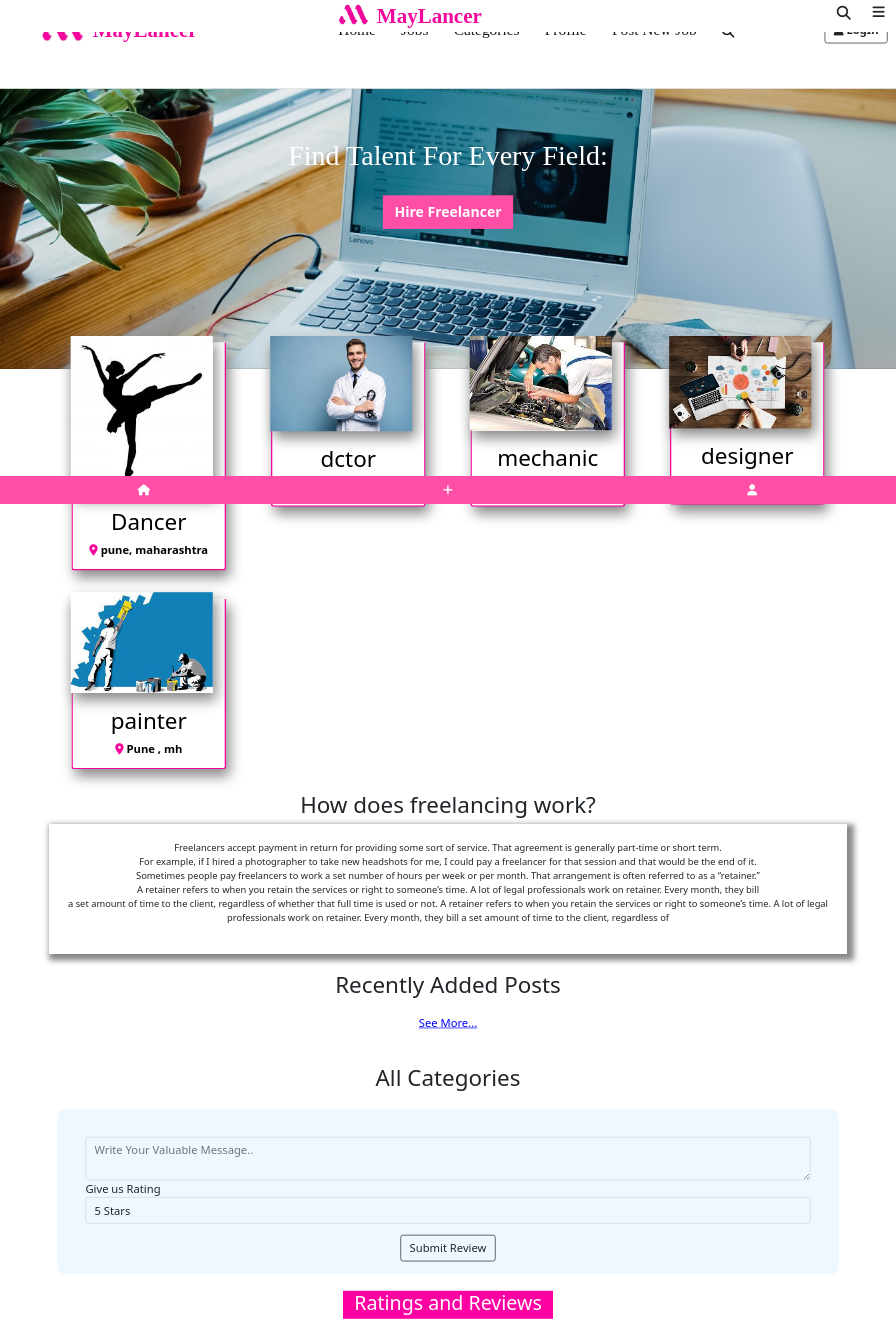
Repository: prathmesh2023/maylancers
Page: http://localhost/
The author's editor kept a copy of each file at every save. The page is drawn from the files as they stood at one save, then again after the next save.
The browser window is 1280 px wide. The pictures show the part of the page from y = 0 to 1920 px (the page is 2599 px tall), at 70% of full size.
Some web fonts or font styles are not loaded; a fallback is used. Some web libraries are served in a nearby version. The page is served by the project's application, run on Django 3.2 (manage.py). Other server files are loaded and not shown. The page reads the database file committed with the project. Queries for data that is not in the repository find no rows.

Above is the page before, as saved 2022-02-18 22:59:27.

### templates/home.html
 {% extends "base.html" %} {% block title %} MayLancers {% endblock title %} {% load static %} {% block main %}
<div class="bgc" style=" background-image: url(' {% static 'img/bgi.jpg' %} ');">

    <div class="searchbox container py-5">

        <h2 class="py-4 text-white text-center h1 jone">Find Talent For Every Field:</h2>

        <!--<form action="/search" method="post" class="form">
            {% csrf_token %}
            <div class="input-group">

                <input required name="text" type="text" class="form-control" aria-label="Text input with dropdown button" placeholder="">
                <div class="input-group-append">
                    <button class="btn primary-bg bt text-white " type="submit"><span class="fa fa-search"> </span> Search</button>

                </div>
            </div>
        </form>-->

        <div class="container text-center">
            <a href="/jobs">
            <button class="btn btn-lg primary-bg text-white rounded-0" ><b>Hire Freelancer</b></button>
            </a>
        </div>

        <div class="container text-center text-white my-4 rounded-0 pj">
            {% comment %} <a href="post_job"><button class="btn primary-bg btn-lg"><span class="fa fa-edit" style=> </span> Post Job</button></a> {% endcomment %}



        </div>


    </div>


</div>
</div>



<!-- cards -->
<!-- <div class="container card_main ">
    <div class="row ">
        <div class="col-md-3 justify-content-center">

            <div class="card  m-0 p-0" style="border: solid 2px #f5069d ; border-top-right-radius: 0px; border-top-left-radius: 0px; border-top: none ;">
                <div class="card-body ">
                    <img src="{% static 'img/card/Painter.jpg' %} " class="img border-0 p-0">
                    <h2 style="margin-top:20px;">
                        Painter
                    </h2>
                    <p class="card-text"><b>Find Painters nearby you</b></p>
                    <a href="#" class="btn sub">  Find </a>
                </div>
            </div>

        </div>


        <div class="col-md-3">

            <div class="card  m-0 p-0" style="border: solid 2px #f5069d ; border-top-right-radius: 0px; border-top-left-radius: 0px; border-top: none ;">
                <div class="card-body ">
                    <img src="{% static 'img/card/mechanic.jpg' %} " class="img border-0 p-0">
                    <h2 style="margin-top:20px;">
                        Mechanic
                    </h2>
                    <p class="card-text"><b>Find Mechanics nearby you</b></p>
                    <a href="#" class="btn sub"> Find </a>
                </div>
            </div>

        </div>



        <div class="col-md-3">

            <div class="card  m-0 p-0" style="border: solid 2px #f5069d ; border-top-right-radius: 0px; border-top-left-radius: 0px; border-top: none ;">
                <div class="card-body ">
                    <img src="{% static 'img/card/designer1.jpg' %} " class="img border-0 p-0">
                    <h2 style="margin-top:20px;">
                        Designer
                    </h2>
                    <p class="card-text"><b>Find Designer nearby you</b></p>
                    <a href="#" class="btn sub"> Find </a>
                </div>
            </div>

        </div>


        <div class="col-md-3">

            <div class="card  m-0 p-0" style="border: solid 2px #f5069d ; border-top-right-radius: 0px; border-top-left-radius: 0px; border-top: none ;">
                <div class="card-body ">
                    <img src="{% static 'img/card/doctor.jpg' %}" class="img border-0 p-0">
                    <h2 style="margin-top:20px;">
                        Doctor
                    </h2>
                    <p class="card-text"><b>Find Doctors nearby you</b></p>
                    <a href="#" class="btn sub"> Find </a>
                </div>
            </div>

        </div>
    </div>
</div> -->

<!--

<div class="container-fluid card-main "style=" background: white;">
 <div class="row">


    <div class="col-md-3 text-center  boxed text-white" style="background-color: #ff3001c7; ">
       <a href="/jobs"> <h4 class="h4 my-2"> Hire Freelancer <span class="mx-3 fa fa-arrow-right fa-sm"> </span></h4></a>

    </div>

    <div class="col-md-3 text-center  boxed " style="background-color: white;">
        <a href="/profile"> <h4 class="h4 my-2" style="color: blue;"> Work as Freelancer <span class="mx-3 fa fa-arrow-right fa-sm"> </span></h4></a>

    </div>

    <div class="col-md-3 text-center  boxed text-white" style="background-color: green; ">
        <a href="/post_job"> <h4 class="h4 my-2"> Post a Job <span class="mx-3 fa fa-arrow-right fa-sm"> </span></h4>
</a>
    </div>

    <div class="col-md-3 text-center  boxed text-white" style="background-color: #41464b; ">
        <a href="categories"><h4 class="h4 my-2"> All Categories <span class="mx-3 fa fa-arrow-right fa-sm"> </span></h4>
</a>
    </div>

 </div>

</div>

<style >
    .boxed{
        height: 55px;
        font-family: 'Jockey One';
        padding: 3px;
    }
    a{
        text-decoration: none;
        color: white;
    }
</style>-->

<!--
<div class="container card_main ">

    <div class="row">
        {% for h in cat %} {% if forloop.counter0|divisibleby:4 %}
    </div><br>
    <div class="row">
        {% endif %}
        <div class="col-md-3 text-center my-2">
            <a href="/category/{{h.title}}" style="text-decoration: none; color:black">
                <div class="card  " style="border: solid 2px #f5069d ; border-top-right-radius: 0px; border-top-left-radius: 0px; border-top: none ;">
                    <div class="card-body ">
                        <img src="{{h.thumbnail.url}} " class="img border-0 p-0">
                        <h2 style="margin-top:20px;">
                            {{h.title}}
                        </h2>
                        <p class="card-text"><b><span class="fa fa-map-marker" style="color:#f5069d"> </span>  {{h.location}}</b></p>

                    </div>
                </div>
            </a>
        </div>
        {% endfor %}
    </div>
</div> -->


<!-- cards -->

<div class="container card_main "">

    <div class="row">
        {% for h in cat %} {% if forloop.counter0|divisibleby:4 %}
    </div><br>
    <div class="row">
        {% endif %}
        <div class="col-md-3 text-center my-2">
            <a href="/category/{{h.title}}" style="text-decoration: none; color:black">
                <div class="card  " style="border: solid 2px #f5069d ; border-top-right-radius: 0px; border-top-left-radius: 0px; border-top: none ;">
                    <div class="card-body ">
                        <img src="{{h.thumbnail.url}} " class="img border-0 p-0">
                        <h2 style="margin-top:20px;">
                            {{h.title}}
                        </h2>
                        <p class="card-text"><b><span class="fa fa-map-marker" style="color:#f5069d"> </span> {{h.location}}</b></p>

                    </div>
                </div>
            </a>
        </div>
        {% endfor %}
    </div>
</div>




<br>

<div class="container text-center">
    <h2 style=" font-family:Concert One';"> How does freelancing work?</h2>
</div>

<div class="container text-center" style="box-shadow: 5px 5px 8px 5px #888888; padding: 25px; font-size: smaller;">
    <p class="list-inline">
        Freelancers accept payment in return for providing some sort of service. That agreement is generally part-time or short term.
        <br>

       For example, if I hired a photographer to take new headshots for me, I could pay a freelancer for that session and that would be the end of it.
       <br>
     Sometimes people pay freelancers to work a set number of hours per week or per month. That arrangement is often referred to as a “retainer.”
     <br>

    A retainer refers to when you retain the services or right to someone’s time. A lot of legal professionals work on retainer. Every month, they bill
    <br>
        a set amount of time to the client, regardless of whether that full time is used or not.
        A retainer refers to when you retain the services or right to someone’s time. A lot of legal professionals work on retainer. Every month, they bill a set amount of time to the client, regardless of

</p>
</div>

<div class="container text-center my-4">
    <h2 style=" font-family:Concert One';"> Recently Added Posts</h2>
</div>


<div class="container rpost">

    <div class="container">
        <div class="col-4">

        </div>
        <div class="col-4">

        </div>

    </div>


    <div class="container my-4  ">

        {% for i in post %}
        <div class="row my-3" style="box-shadow: 5px 5px 8px 5px #888888; padding: 25px;">
            <div class="col imgcol">
                <img src="{{i.thumb.url}}" class="rounded float-left " alt="...">

            </div>
            <div class="col-6">
                <h2>{{i.title}}</h2>
                <p>{{i.desc}}</p>

                <p><span class="fa fa-user"> </span> {{i.user}}</p>
                <button class="btn btn-secondary btn-sm">{{i.cat}}</button>
            </div>
            <div class="col">
                <b><p><span class="fa fa-map-marker"> </span> {{i.loc}}</p></b>

                <b>Amount:</b>
                <br>

                <b>From : Rs. {{i.afrom}} /-</b>
                <br>
                <b>To : Rs. {{i.ato}} /-</b> {% if i.done is True %}

               <button class="btn btn-danger rounded-0 w-100 my-3"> Closed</button>
                {% else %}
                <a href="apply/{{i.title}}/{{i.id}}"> <button class="btn primary-bg text-white rounded-0 w-100 my-3"> Apply</button></a>
                {% endif %}


            </div>
        </div>
        {% endfor %}

    </div>

</div>


<div class="container  mpost ">

{% for i in post %}
<div class="row my-3" style="box-shadow: 5px 5px 8px 5px #888888; padding: 25px;">

    <div class="card-body">

         <img src="{{i.thumb.url}}" class="rounded " alt="thumbnail" style="width: 100%; height: 170px;">
         <h2>{{i.title}}</h2>
         <p>{{i.desc}}</p>
        <div class="row">
            <div class="col">
                         <p><span class="fa fa-user"> </span> {{i.user}}</p>

         <p><span class="fa fa-map-marker"> </span> {{i.loc}}</p>
          <button class="btn btn-secondary btn-sm p-0 p-0" style="margin-top: -8px;">{{i.cat}}</button>



            </div>
            <div class="col">
                                <b>Amount:</b>
                <br>

                <p>From : Rs. {{i.afrom}} /-</p>

                <p>To : Rs. {{i.ato}} /-</p>

            </div>
        </div>


    </div>

    <div class="card-footer">
     {% if i.done is True %}

               <button class="btn btn-danger  rounded-0  w-100 my-3"> Closed</button>
                {% else %}
                <a href="apply/{{i.title}}/{{i.id}}"> <button class="btn primary-bg text-white rounded-0 w-100 my-3"> Apply</button></a>
                {% endif %}
    </div>

</div>

{% endfor %}

</div>

<p class="text-center"><a href="/jobs" style="color: blue;"> See More... </a></p>

<br>


<div class="container text-center my-2">
    <h2 style=" font-family:Concert One';"> All Categories</h2>
</div>




<div class="container my-4">

    <form class="form-group fmr" method="post" action="/post_rate">
        <textarea required class="form-control" placeholder="Write Your Valuable Message.." name="msg"></textarea>
        <input type="hidden" class="form-control" placeholder="" name="user" value="{{user}}">
{% csrf_token %}

        <label class="col-md-2 control-label" for="rating">Give us Rating</label>

        <select required class="form-control" name="rating" id="rating">
            <option value="5">5 Stars</option>
            <option value="4">4 Stars</option>
            <option value="3">3 Stars</option>
            <option value="2">2 Stars</option>
            <option value="1">1 Stars</option>

        </select>

        <center>
            <button type="submit" class="btn btn-outline-dark my-3 btr">Submit Review</button>
        </center>
    </form>

</div>


<div class="container text-center my-4 cmt">

    <h3 style="">Ratings and Reviews</h3>


</div>

<style>

</style>

<div class="container cmtd">

    <div class="row">
        {% for i in rate %} {% if forloop.counter0|divisibleby:2 %}
    </div><br>
    <div class="row">
        {% endif %}
        <div class="col-md-6 my-2">
            <div class="card">
                <div class="card-body">
                    <div class="row">
                        <div class="col-2 ">
                            <span class="fa fa-user user-profile"></span>
                        </div>
                        <div class="col-6">
                            <h3>{{i.user}}</h3>
                        </div>
                        <div class="col-4">

                            <span class="fa fa-star"></span>
                            <span class="fa fa-star"></span>
                            <span class="fa fa-star"></span>
                            <span class="fa fa-star"></span>
                            <span class="fa fa-star"></span>
                        </div>

                    </div>


                    <p class="p mx-5 justify-content">{{i.msg}} </p>

                </div>
            </div>
        </div>


        {% endfor %}



    </div>
</div>

<center>
    <a href="#" style="text-decoration: none;"> See More Reviews...</a>
</center>



<div class="container cmtm">



    <div class="row">
        <div class="col-md-6 my-2">
            <div class="card">
                <div class="card-body">

                    <div class="user ">

                        <span class="fa fa-user uml"></span>


                        <span class="h3 mx-3">prathmesh lohar</span>

                    </div>

                    <div class="star mx-5"> <span class="fa fa-star"></span>
                        <span class="fa fa-star"></span>
                        <span class="fa fa-star"></span>
                        <span class="fa fa-star"></span>
                        <span class="fa fa-star"></span>
                    </div>





                    <p class="p mx-5 justify-content">my name is kulkarni chamya i am mr in pyser my name is kulkarni chamya i am mr in pyser ,my name is kulkarni chamya i am mr in ... </p>

                </div>
            </div>
        </div>
</div>
</div>


<style>
    .user-profile {
        font-size: 35px;
        margin-left: 40px;
        margin-top: 3px;
    }

    .uml {
        font: size 10px;
    }

    .cmt {
        color: rgb(255, 255, 255);
        background-color: rgb(255, 0, 162);
        height: 40px;
        width: 300px;
    }

    .fa-star {
        font-size: 20px;
        margin-top: 10px;
        color: #8c6801;
    }

   .btr:hover {
        background-color: #0079ebcb;
    }

    .fmr {
        background-color: aliceblue;
        padding: 40px 40px 2px 40px;
        border-radius: 10px;
    }

   .form-control {
        background-color: aliceblue;
    }

    .cmtd {
        display: block;
    }

    .cmtm {
        display: none;
    }

    @media screen and (max-width: 600px) {
        .fa-user {
            font-size: 20px;
            margin-left: 50px;
            margin-top: 0px;
        }
        .cmtd {
            display: none;
        }
        .cmtm {
            display: block;
        }
    }
</style>

<br/>


<style>

    .card_main {
    margin-top: -70px;
}

    .mpost{
        display: none;
    }

     @media  screen and (max-width: 900px) {
       .mpost{
        display: block;
    }
    .rpost{
        display: none;
    }
    }
    .rpost img {
        max-width: 90%;
    }

    @media  screen and (max-width: 900px) {
        .imgcol {
            display: none;
        }
    }
</style>




{% endblock main %}

### app1/models.py
from django.db import models

# Create your models here.
from django.contrib.auth.models import User

class profile(models.Model):
    user = models.OneToOneField(User, on_delete=models.CASCADE)
    about = models.CharField(max_length=100)
    dp = models.ImageField('dp', upload_to="app1/img/dp")


class category(models.Model):
    title = models.CharField(max_length=200)
    location = models.CharField(max_length=200)
    thumbnail = models.ImageField('thumbnail', upload_to="app1/img/category")
    desc = models.TextField()


    def __str__(self):
        return self.title


class post(models.Model):

    title = models.CharField(max_length=200)
    loc = models.CharField(max_length=200)
    desc = models.TextField()
    cat = models.CharField(max_length=200)
    thumb = models.ImageField('thumb', upload_to="app1/img/post/thumb")
    afrom = models.IntegerField()
    ato = models.IntegerField()
    user = models.CharField(max_length=200,default="def")
    done = models.BooleanField(default=False)

    def __str__(self):
        return self.title


class proposal(models.Model):

    post = models.ForeignKey("post",  on_delete=models.CASCADE ,default=1)

    text = models.TextField()

    mob = models.CharField(max_length=150)

    user = models.CharField(max_length=150)



    def __str__(self):
        return self.user


class rating(models.Model):
    user = models.CharField(max_length=500)
    msg = models.CharField(max_length=1000)
    star = models.IntegerField()

    def __str__(self):
        return self.user

### maylancer/urls.py
"""maylancer URL Configuration

The `urlpatterns` list routes URLs to views. For more information please see:
    https://docs.djangoproject.com/en/3.2/topics/http/urls/
Examples:
Function views
    1. Add an import:  from my_app import views
    2. Add a URL to urlpatterns:  path('', views.home, name='home')
Class-based views
    1. Add an import:  from other_app.views import Home
    2. Add a URL to urlpatterns:  path('', Home.as_view(), name='home')
Including another URLconf
    1. Import the include() function: from django.urls import include, path
    2. Add a URL to urlpatterns:  path('blog/', include('blog.urls'))
"""
from django.contrib import admin
from django.urls import path,include

urlpatterns = [
    path('admin/', admin.site.urls),
    path('',include('app1.urls'))
]

### app1/urls.py
from django.contrib import admin
from django.urls import path
from app1 import views

from django.conf import settings
from django.conf.urls.static import static

urlpatterns = [
    path("", views.home , name="home"),
    path("login", views.login, name="login"),
    path("logout", views.logout,name="logout"),
    path("profile", views.profile, name="profile"),
    path("register", views.register, name="register"),
    path("post_job", views.post_job, name="post_job"),
    path("apply/<str:title>/<int:id>", views.apply, name="apply"),
    path("proposal", views.proposal, name="proposal"),
    path("category/<str:title>", views.category, name="category"),
    path("search", views.search,name="search"),
    path("categories", views.categories, name="categories"),
    path('jobs', views.jobs, name="jobs"),

    path("success", views.success, name="success"),
     path("post_rate", views.post_rate, name="post_rate"),


]+ static(settings.MEDIA_URL, document_root=settings.MEDIA_ROOT)

### db.sqlite3 (the tables this page reads, as SQL)
CREATE TABLE "app1_category" ("id" integer NOT NULL PRIMARY KEY AUTOINCREMENT, "title" varchar(200) NOT NULL, "location" varchar(200) NOT NULL, "desc" text NOT NULL, "thumbnail" varchar(100) NULL);
INSERT INTO "app1_category" VALUES
(1, 'painter', 'Pune , mh', 'painter', 'app1/img/category/painter_LAaJ8Te.jpg'),
(2, 'designer', 'latur', 'designer', 'app1/img/category/designer1.jpg'),
(3, 'mechanic', 'pune', 'mechanic', 'app1/img/category/mechanic.jpg'),
(4, 'dctor', 'bombay', 'dector', 'app1/img/category/doctor.jpg'),
(6, 'Dancer', 'pune, maharashtra', 'I want a Bar dancer', 'app1/img/category/download.jpg');

CREATE TABLE "app1_rating" ("id" integer NOT NULL PRIMARY KEY AUTOINCREMENT, "user" varchar(500) NOT NULL, "star" integer NOT NULL, "msg" varchar(100) NOT NULL);
INSERT INTO "app1_rating" VALUES
(1, 'ex', 5, 'hello'),
(2, 'prathmesh', 4, 'hi this website is very useful and greeet .....'),
(3, 'prathmesh', 5, 'qq'),
(4, 'prathmesh', 5, 'ok');

Loaded but not shown: static/bootstrap-5/css/bootstrap.min.css (library); templates/base.html (422 lines, source omitted); app1/views.py (249 lines, source omitted); static/css/main.css (181 lines, source omitted)

After the next save:
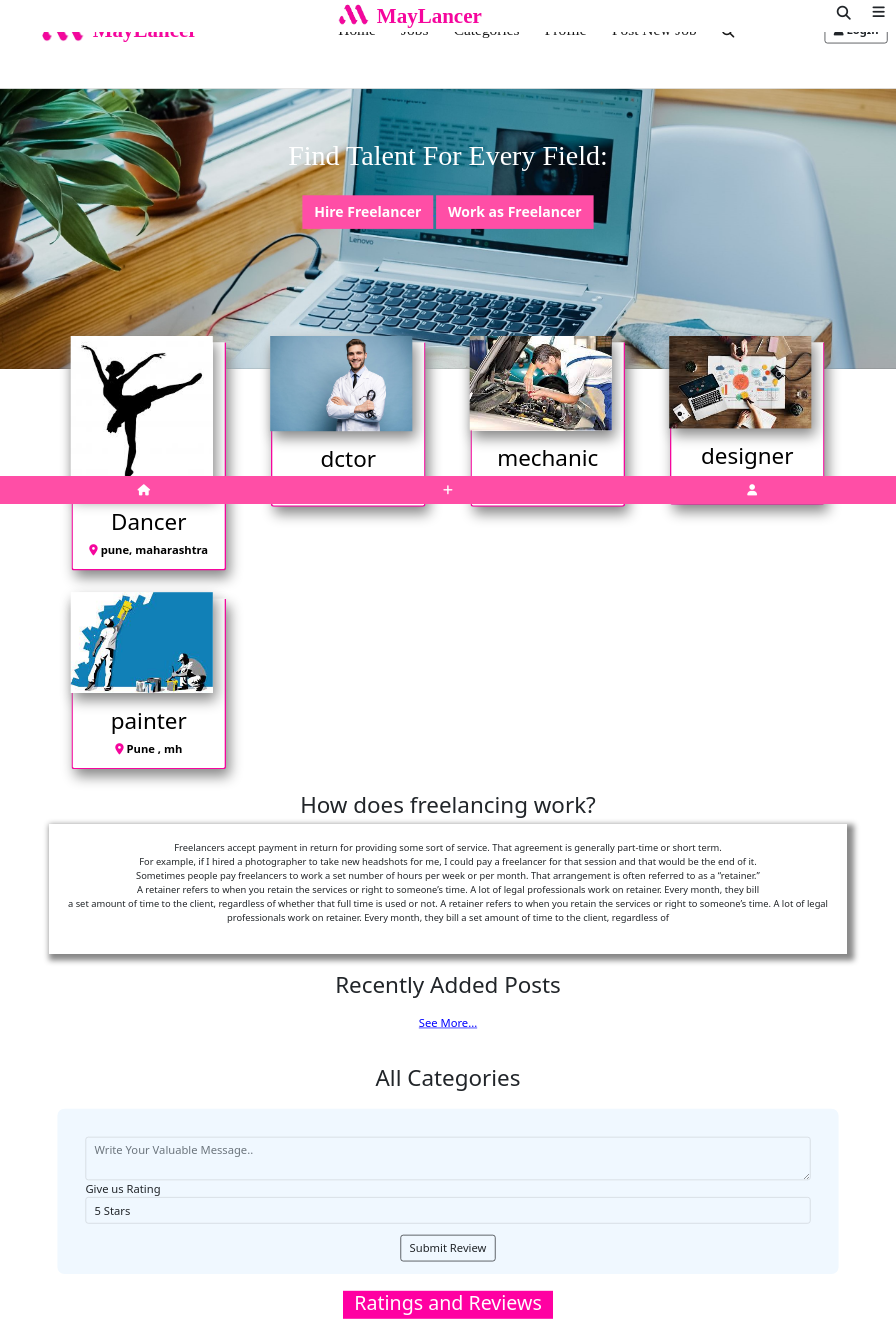
Saved 35 s later.
--- a/templates/home.html
+++ b/templates/home.html
@@ -19,8 +19,11 @@
 
         <div class="container text-center">
             <a href="/jobs">
-            <button class="btn btn-lg primary-bg text-white rounded-0" ><b>Hire Freelancer</b></button>
+            <button class="btn btn-lg primary-bg text-white rounded-0   " ><b>Hire Freelancer</b></button>
             </a>
+            <a href="/jobs">
+                <button class="btn btn-lg primary-bg text-white rounded-0 " ><b>Work as Freelancer</b></button>
+                </a>
         </div>
 
         <div class="container text-center text-white my-4 rounded-0 pj">
